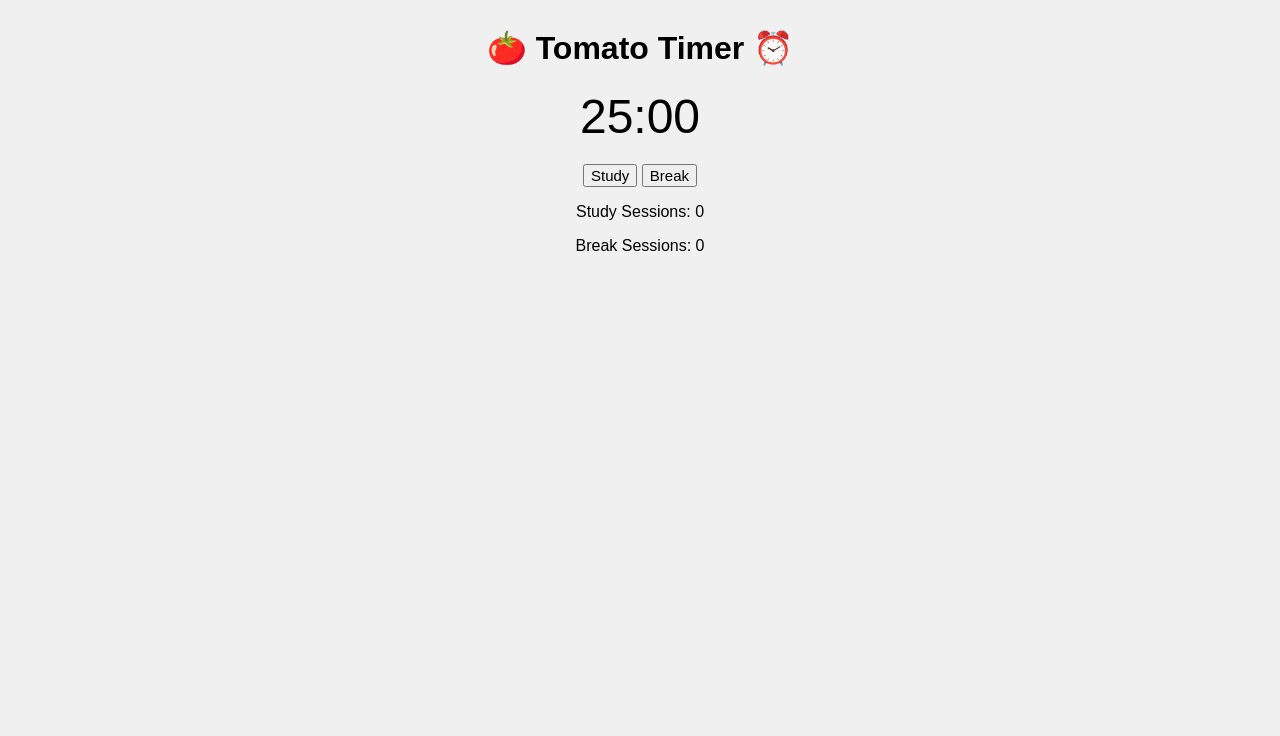
Repository: valentinaarojas/tomato-timer
Page: index.html
An editor plug-in stored every save of this project. The page is shown before and after a run of saves, followed by the edit.
The browser window is 1280 px wide. The pictures show the whole page.

Above is the page before, as saved 2025-02-06 20:06:10.

After the next 4 saves:
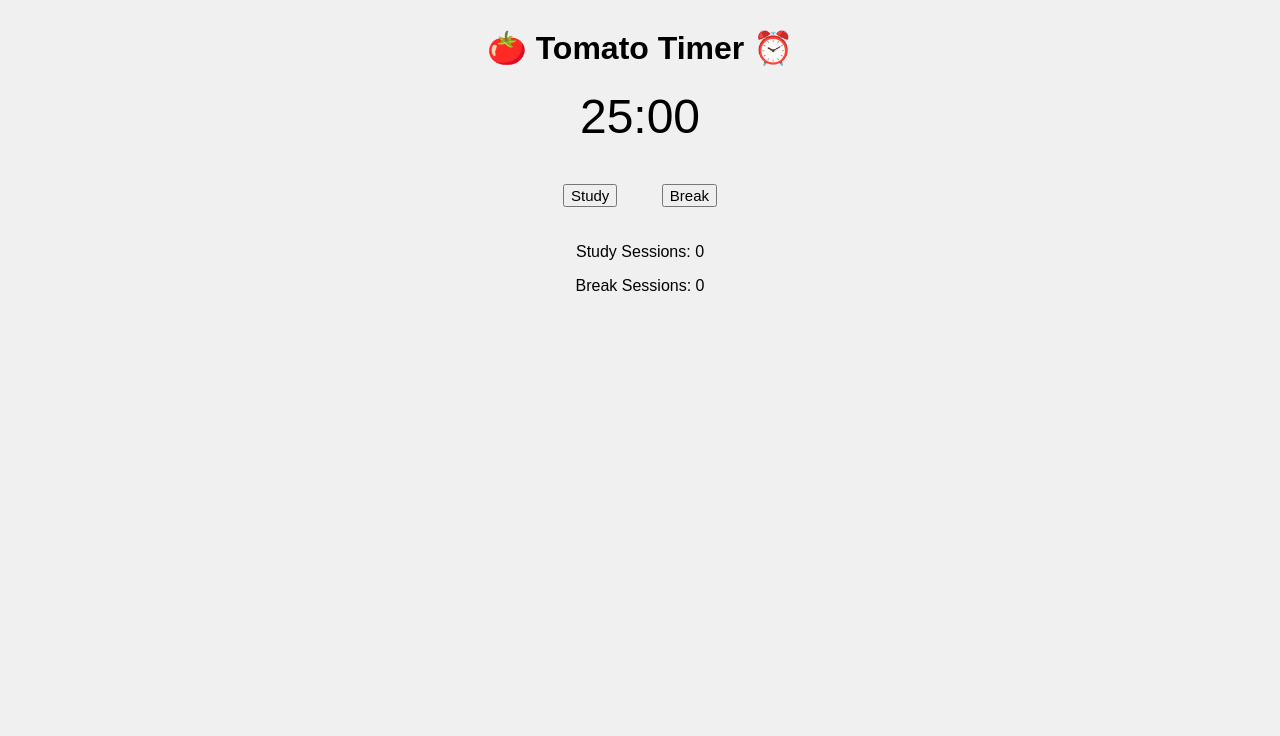
The 4 saves are shown as one change because they came seconds apart.
The last was saved 10 s later.
--- a/styles.css
+++ b/styles.css
@@ -18,5 +18,5 @@ body {
 
 #buttons button {
     font-size: 15px;
-    margin:
+    margin: 20px;
 }
